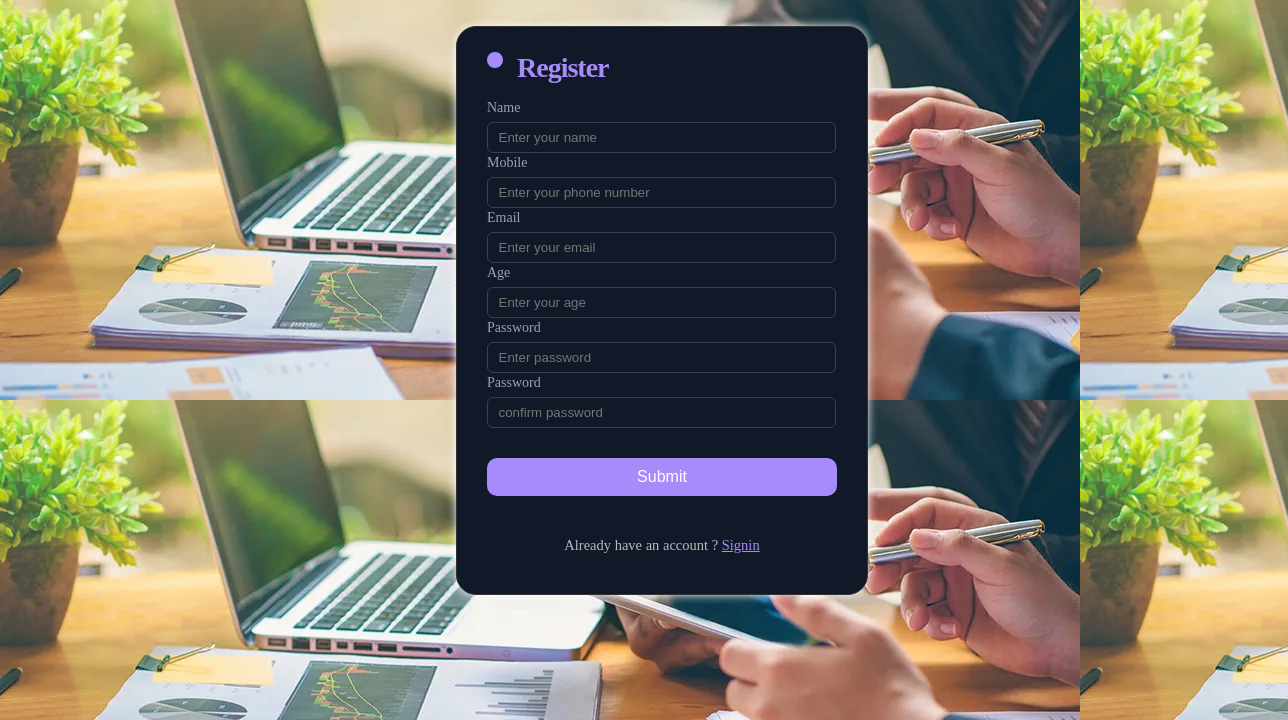
Repository: PeruriNaresh/Bank_Project
Page: http://localhost/bank_project/register.jsp
An editor plug-in stored every save of this project. The page is shown before and after the next save, followed by the edit.
The browser window is 1280 px wide. The page is 1288 px wide, so the pictures cover 1288 px, including what lies to the right of the window. The pictures show the whole page.
The page is served by Tomcat 9.

Above is the page before, as saved 2024-10-27 11:12:50.

After the next save:
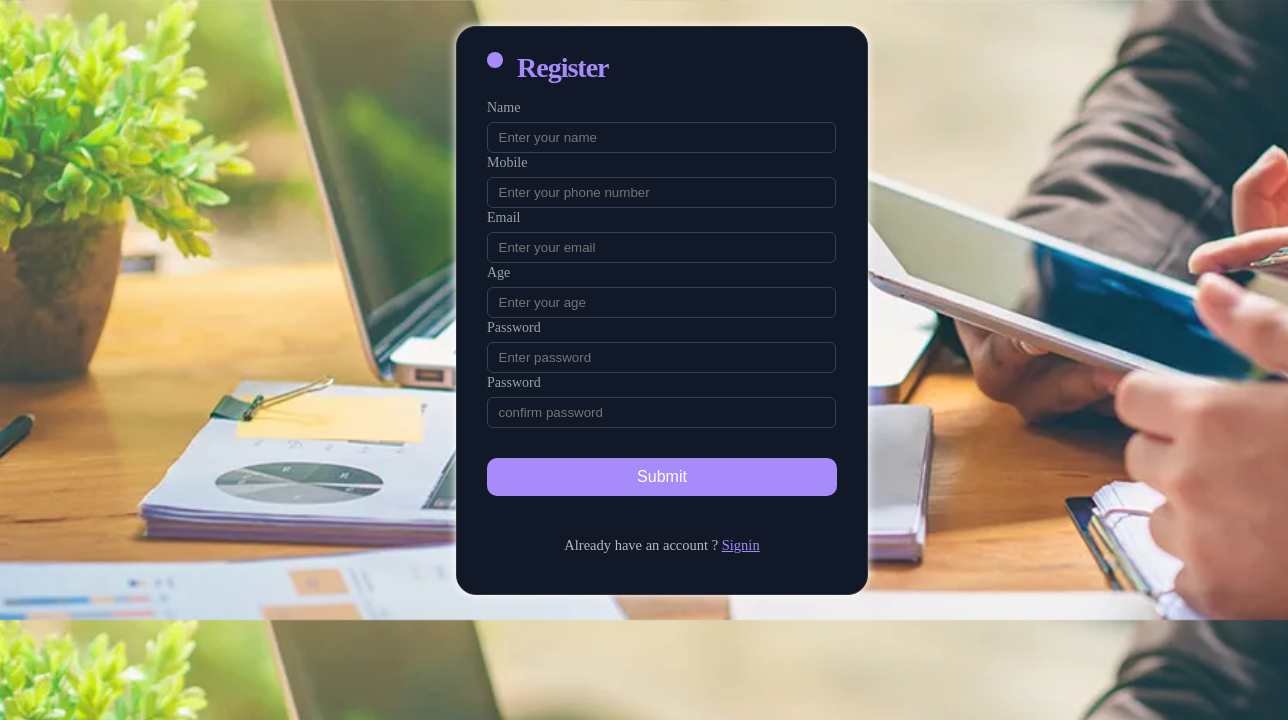
Saved 18 s later.
--- a/bank_project/src/main/webapp/register.jsp
+++ b/bank_project/src/main/webapp/register.jsp
@@ -12,6 +12,7 @@
             height: 100%;
             overflow: hidden;
             background: url(bank.jpg);
+            background-size:cover;
         }
         .form {
         display: flex;
